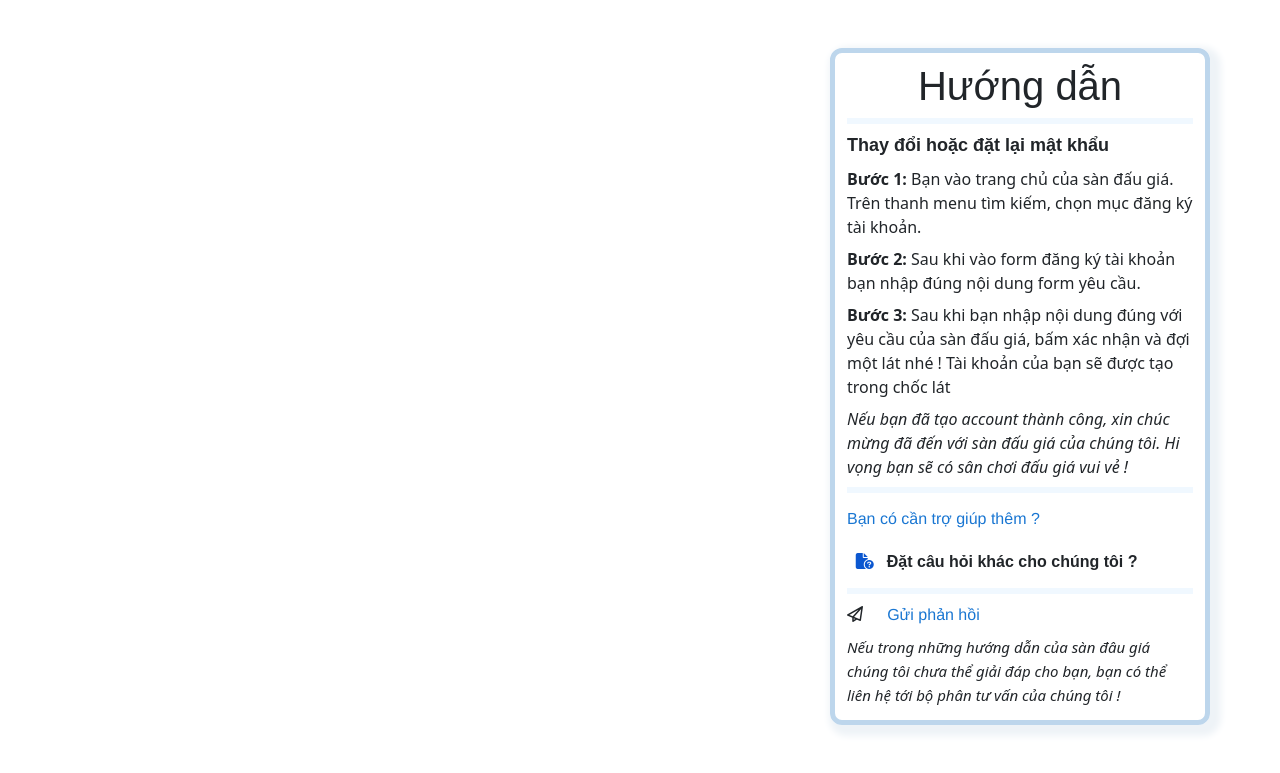
Repository: SonPhamThe/C0622G1-module5
Page: prototype--module6/guides/guide2.html
An editor plug-in stored every save of this project. The page is shown before and after a run of saves, followed by the edit.
The browser window is 1280 px wide. The pictures show the whole page.
Some web libraries are served in a nearby version.

Above is the page before, as saved 2022-12-07 15:26:19.

### prototype--module6/guides/guide2.html
<!DOCTYPE html>
<html lang="en">
  <head>
    <meta charset="UTF-8" />
    <meta
      name="viewport"
      content="width=device-width, user-scalable=no, initial-scale=1.0, maximum-scale=1.0, minimum-scale=1.0"
    />
    <meta http-equiv="X-UA-Compatible" content="ie=edge" />
    <title>Trang chủ hướng dẫn</title>
    <link rel="stylesheet" href="guide1.css" />
    <link rel="icon" type="image/x-icon" href="favicon.ico" />

    <link
      rel="stylesheet"
      href="https://cdnjs.cloudflare.com/ajax/libs/font-awesome/6.2.1/css/all.min.css"
    />

    <link
      href="https://cdn.jsdelivr.net/npm/bootstrap@5.1.3/dist/css/bootstrap.min.css"
      rel="stylesheet"
      integrity="sha384-1BmE4kWBq78iYhFldvKuhfTAU6auU8tT94WrHftjDbrCEXSU1oBoqyl2QvZ6jIW3"
      crossorigin="anonymous"
    />
    <script
      src="https://cdn.jsdelivr.net/npm/bootstrap@5.1.3/dist/js/bootstrap.bundle.min.js"
      integrity="sha384-ka7Sk0Gln4gmtz2MlQnikT1wXgYsOg+OMhuP+IlRH9sENBO0LRn5q+8nbTov4+1p"
      crossorigin="anonymous"
    ></script>
    <link
      rel="stylesheet"
      href="https://cdnjs.cloudflare.com/ajax/libs/font-awesome/5.15.4/css/all.min.css"
    />
  </head>
  <body>
    <!--Khi chọn mục hướng dẫn trên navbar sẽ đổ modal xuống. Ở trang chủ hướng dẫn em tính làm gồm những phần:
      Cách đăng ký account,
      Thay đổi hoặc đặt lại mật khẩu của bạn,
      Quản lý mật khẩu, vv....
      Khi click một trong số option sẽ chuyển qua một form chứa nội dung của từng tiêu đề đó
     -->
    <div class="container mb-5 mt-5">
      <div class="row">
        <div class="col-lg-4"></div>
        <div class="col-lg-4"></div>
        <div class="boxed col-lg-4 shadow-md" style="height: 100% !important">
          <form>
            <div class="mt-1 text-center">
              <h1 style="font-family: sans-serif">Hướng dẫn</h1>
            </div>
            <div
              class="mb-2"
              style="height: 6px; background-color: aliceblue; width: 100%"
            ></div>
            <div class="mb-2">
              <label
                ><strong style="font-family: sans-serif; font-size: large"
                  >Thay đổi hoặc đặt lại mật khẩu</strong
                ></label
              >
            </div>
            <div class="mb-2">
              <span>
                <strong>Bước 1: </strong>
                Bạn vào trang chủ của sàn đấu giá. Trên thanh menu tìm kiếm,
                chọn mục đăng ký tài khoản.
              </span>
            </div>
            <div class="mb-2">
              <span>
                <strong>Bước 2: </strong>
                Sau khi vào form đăng ký tài khoản bạn nhập đúng nội dung form
                yêu cầu.
              </span>
            </div>
            <div class="mb-2">
              <span>
                <strong>Bước 3: </strong>
                Sau khi bạn nhập nội dung đúng với yêu cầu của sàn đấu giá, bấm
                xác nhận và đợi một lát nhé ! Tài khoản của bạn sẽ được tạo
                trong chốc lát
              </span>
            </div>

            <div class="mb-2">
              <i>
               Nếu bạn đã tạo account thành công, xin chúc mừng đã đến với sàn đấu giá của chúng tôi. Hi vọng bạn sẽ có sân chơi đấu giá vui vẻ !
              </i>
            </div>

            <div
              class="mb-2"
              style="height: 6px; background-color: aliceblue; width: 100%"
            ></div>

            <div class="mb-2">
              <h6
                class="mt-3 mb-3"
                style="color: #1976d2; font-family: Helvetica"
              >
                Bạn có cần trợ giúp thêm ?
              </h6>
              <div class="mb-2">
                <i class="fa-solid fa-file-circle-question"></i>
                <label style="font-family: sans-serif"
                  ><strong>Đặt câu hỏi khác cho chúng tôi ?</strong></label
                >
              </div>
              <div
                class="mb-2"
                style="height: 6px; background-color: aliceblue; width: 100%"
              ></div>
              <div class="mb-2">
                <i class="fa-regular fa-paper-plane"></i>
                <label
                  style="
                    color: #1976d2;
                    font-family: Helvetica;
                    margin-left: 20px;
                  "
                >
                  Gửi phản hồi
                </label>
              </div>
            </div>
          </form>
          <div class="mb-2">
            <span style="font-size: 15px" class="fst-italic"
              >Nếu trong những hướng dẫn của sàn đâu giá chúng tôi chưa thể giải
              đáp cho bạn, bạn có thể liên hệ tới bộ phân tư vấn của chúng tôi
              !</span
            >
          </div>
        </div>

        <div class="col-lg-3"></div>
      </div>
    </div>
  </body>
  <script src="//ajax.googleapis.com/ajax/libs/jquery/1.9.1/jquery.min.js"></script>
  <script
    src="https://cdn.jsdelivr.net/npm/popper.js@1.12.9/dist/umd/popper.min.js"
    integrity="sha384-ApNbgh9B+Y1QKtv3Rn7W3mgPxhU9K/ScQsAP7hUibX39j7fakFPskvXusvfa0b4Q"
    crossorigin="anonymous"
  ></script>
</html>

### prototype--module6/guides/guide1.css
.boxed {
  width: 400px;
  height: 550px;
}

.boxed {
  border: 5px solid;
  border-image-slice: 1;
  border-color: rgb(189, 214, 236);
  padding: 5px;
  border-radius: 12px;
  background-color: transparent;
  box-shadow: 5px 5px 7px 6px  rgb(238, 243, 247);
}

.fa-solid {
  color: #0b57d0;
  height: 1.125rem;
  margin: 0.55rem;
  visibility: initial;
  width: 1.125rem;
}

After the next 2 saves:
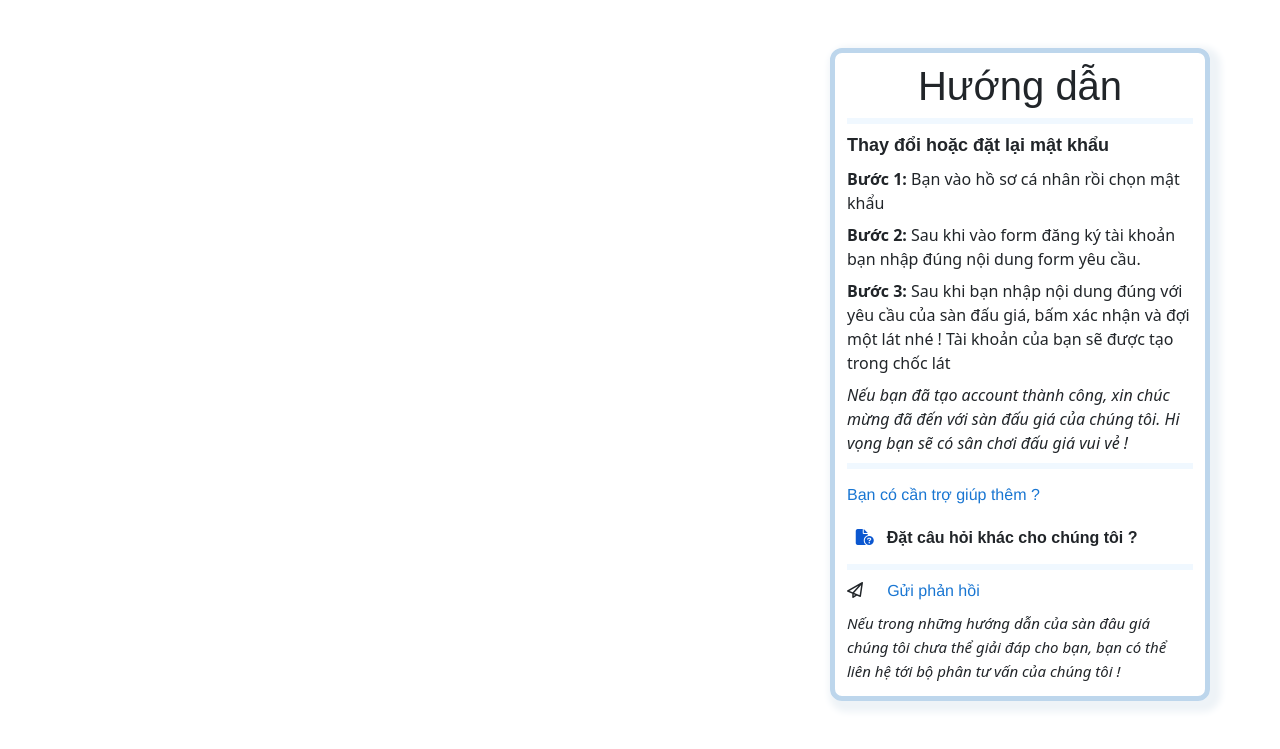
The 2 saves are shown as one change because they came seconds apart.
The last was saved 56 s later.
--- a/prototype--module6/guides/guide2.html
+++ b/prototype--module6/guides/guide2.html
@@ -62,8 +62,7 @@
             <div class="mb-2">
               <span>
                 <strong>Bước 1: </strong>
-                Bạn vào trang chủ của sàn đấu giá. Trên thanh menu tìm kiếm,
-                chọn mục đăng ký tài khoản.
+                Bạn vào hồ sơ cá nhân rồi chọn mật khẩu
               </span>
             </div>
             <div class="mb-2">
